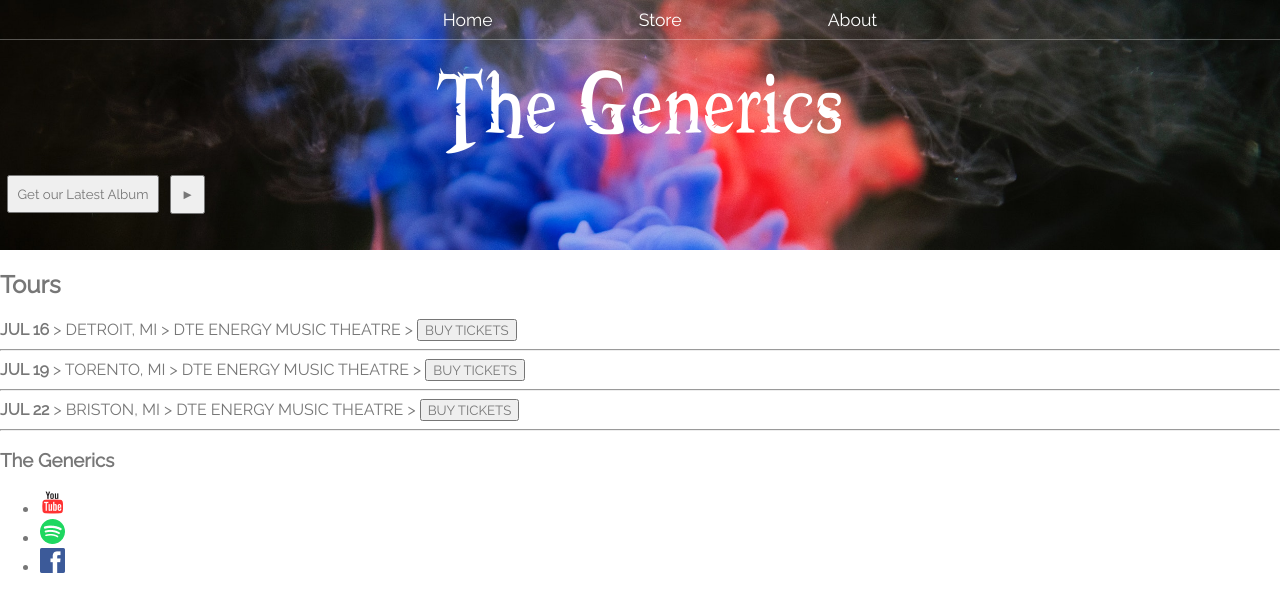
Repository: nazmulhaquep/WebDesign
Page: WebDevSimplified/index.html
An editor plug-in stored every save of this project. The page is shown before and after the next save, followed by the edit.
The browser window is 1280 px wide. The pictures show the whole page.
Some web fonts or font styles are not loaded; a fallback is used.

Above is the page before, as saved 2023-11-26 10:42:09.

After the next save:
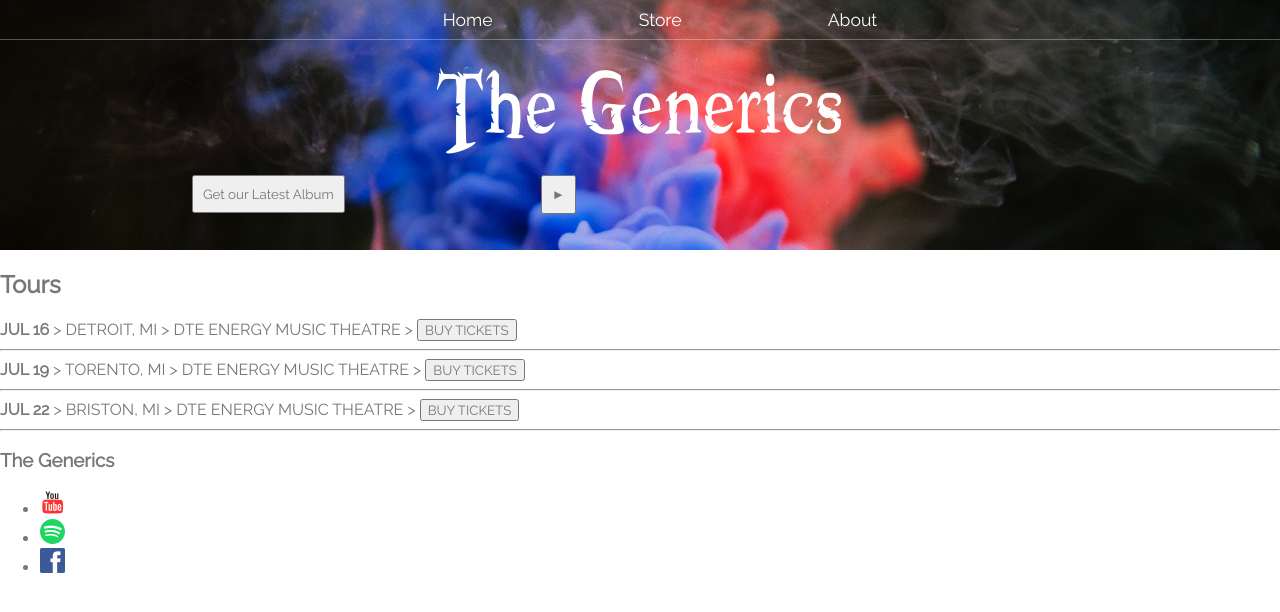
Saved 7 s later.
--- a/WebDevSimplified/styles.css
+++ b/WebDevSimplified/styles.css
@@ -117,7 +117,7 @@ html,body{
 }
 
 .btn-header{
-    margin: .5em ;
+    margin: .5em 15% ;
 }
 
 
